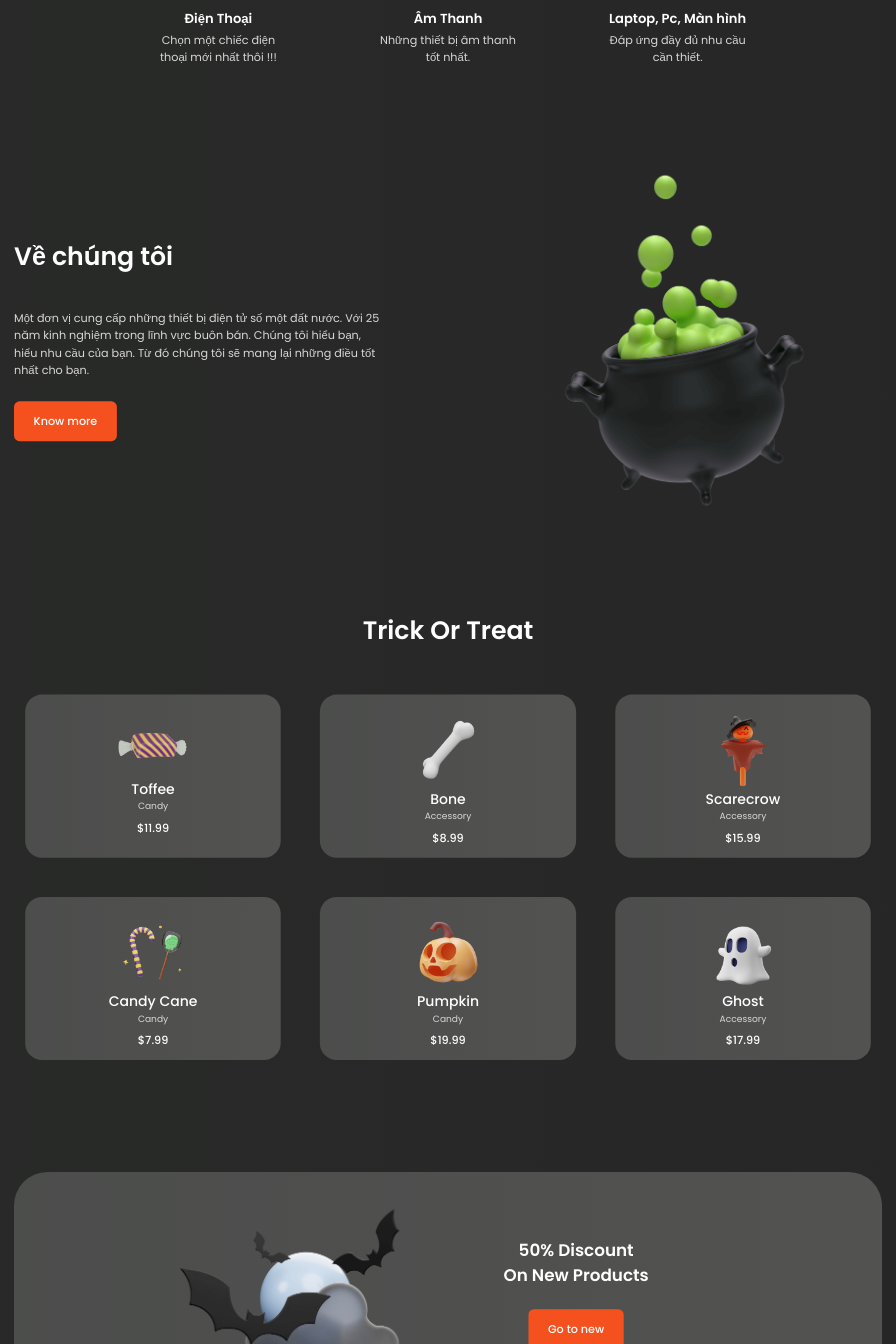
Repository: long5122000/Shopc
Page: index.html
The author's editor kept a copy of each file at every save. The page is drawn from the files as they stood at one save, then again after the next save.
The browser window is 1280 px wide. The pictures show the part of the page from y = 1246 to 3166 px (the page is 4678 px tall before and 4617 px after), at 70% of full size.
The style sheet was rebuilt from its Sass, Less or Tailwind sources for each picture, by a compiler version that may differ from the author's.

Above is the page before, as saved 2021-11-27 16:35:31.

After the next save:
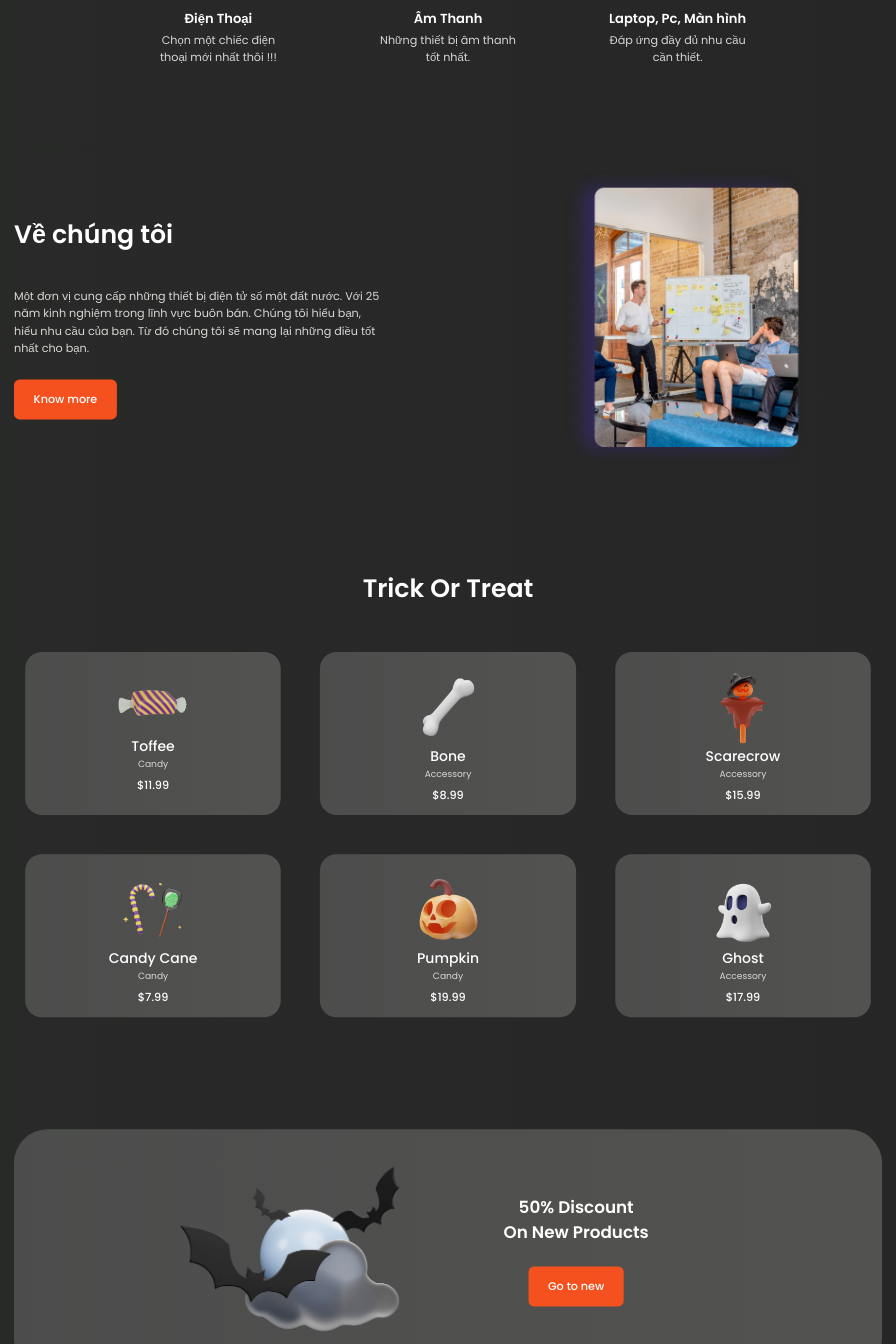
Saved 7 min 35 s later.
--- a/index.html
+++ b/index.html
@@ -225,7 +225,7 @@
             </p>
             <a href="#" class="button">Know more</a>
           </div>
-          <img src="./images/about-img.png" alt="" class="about__image" />
+          <img src="./images/about.png" alt="" class="about__image" />
         </div>
       </section>
       <section class="trick section" id="trick">
